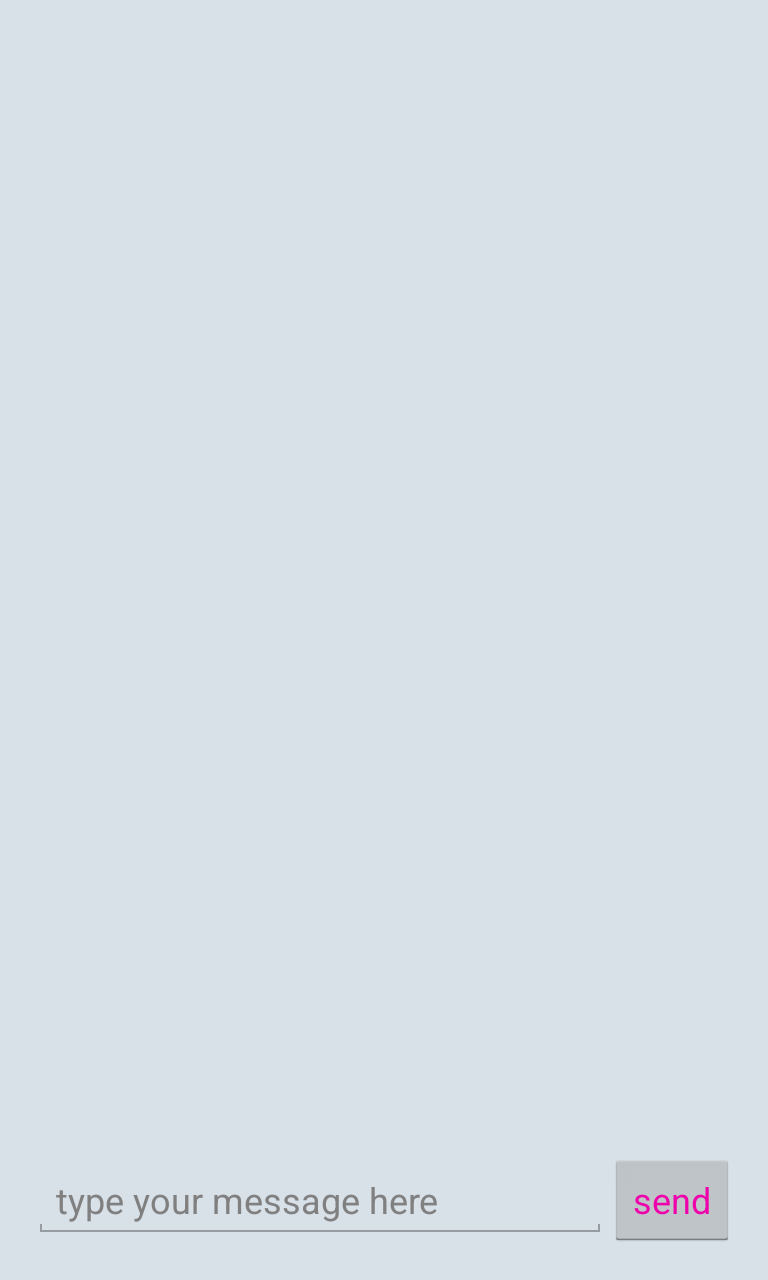
Repository: liujianpc/AndroidStudy
Layout: NinePatchTest/res/layout/activity_main.xml
These files come from the project's save history. The layout is drawn as it stood at one moment and after the next save; the edit follows.
It is drawn on a 768 x 1280 px phone screen (xhdpi) without system bars, with theme AppTheme; the app's code is not run. Lists and similar views that code fills are empty.

Above is the layout before, as saved 2016-07-25 11:36:52.

After the next save:
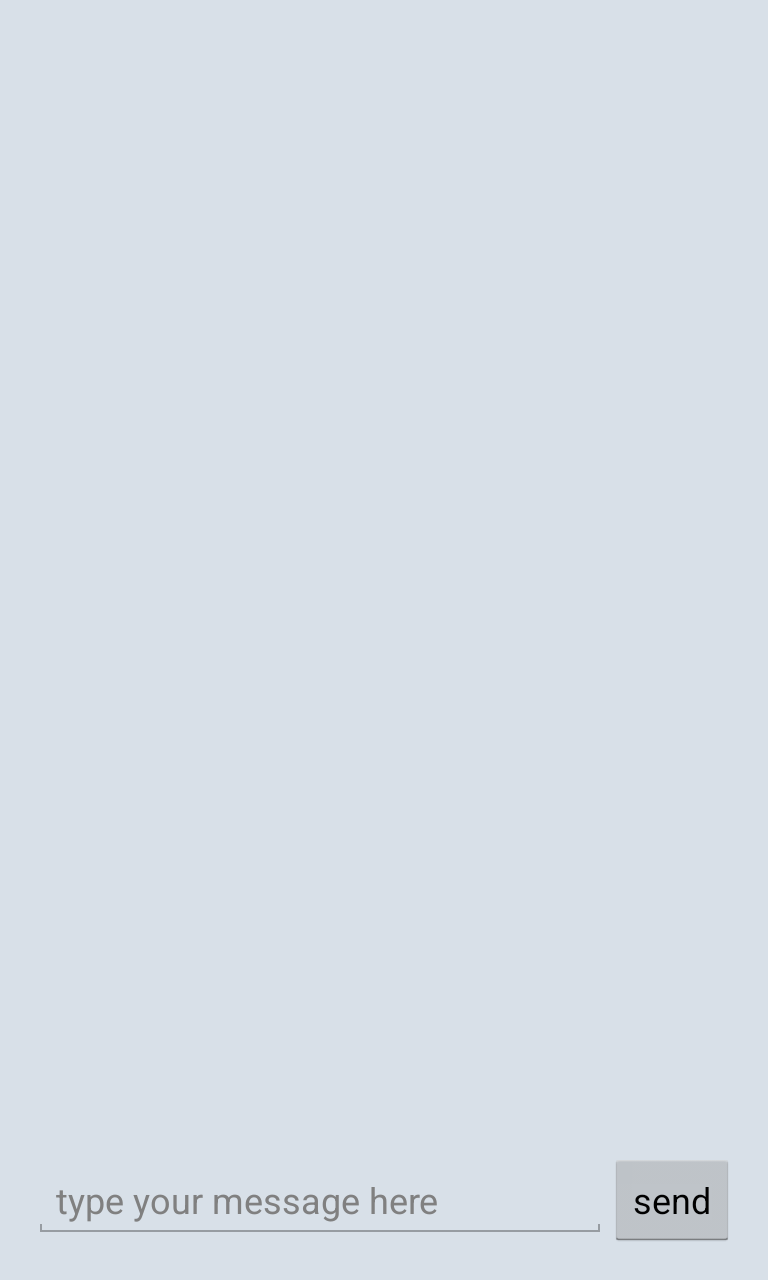
Saved 98 s later.
--- a/NinePatchTest/res/layout/activity_main.xml
+++ b/NinePatchTest/res/layout/activity_main.xml
@@ -35,7 +35,7 @@
             android:layout_width="wrap_content"
             android:layout_height="wrap_content"
             android:text="send"
-            android:textColor="#ee00aa" />
+            android:textColor="#000" />
     </LinearLayout>
 
 </LinearLayout>
